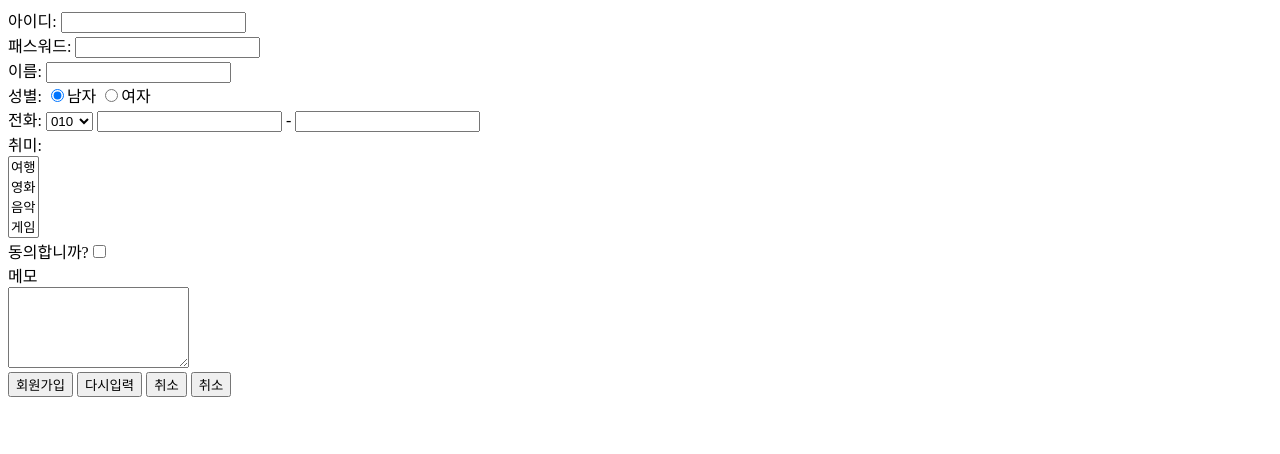
Repository: ProSleeper/itwill
Page: http://localhost/study/day1/test2.jsp
An editor plug-in stored every save of this project. The page is shown before and after a run of saves, followed by the edit.
The browser window is 1280 px wide. The pictures show the whole page.
The page is served by Tomcat 9.

Above is the page before, as saved 2022-07-18 02:37:38.

### study/WebContent/day1/test2.jsp
<%@ page language="java" contentType="text/html; charset=UTF-8"
	pageEncoding="UTF-8"%>

	<%
		String cp = request.getContextPath();

	%>
<!DOCTYPE html>
<html>
<head>
<meta charset="UTF-8">
<title>Insert title here</title>
</head>
<body>

<!-- 일반적으로 form양식은 post방식을 씀 -->
	<form action="" method="post" name="myForm">

		아이디: <input type="text" name="userId" /><br /> 패스워드: <input
			type="password" name="userPwd" /><br /> 이름: <input type="text"
			name="userName" /><br /> 성별: <input type="radio" name="gender"
			value="M" checked="checked" />남자 <input type="radio" name="gender"
			value="F" />여자<br/> 전화: <select name="tel1">
			<option value="">선택</option>
			<option value="010" selected="selected">010</option>
			<option value="070">070</option>
			<option value="011">011</option>

		</select> <input type="text" name="tel2" /> - <input type="text" name="tel3"><br />

		취미: <br/><select multiple="multiple" size="4" name="hobby">
			<option value="여행">여행</option>
			<option value="영화">영화</option>
			<option value="음악">음악</option>
			<option value="게임">게임</option>

		</select><br/>

		 동의합니까?<input type="checkbox" name="agreeChk" value="Y"><br />

		메모<br />
		<textarea rows="5" cols="20" name="memo"></textarea><br/>

		<input type="button" value="회원가입" onclick="" />
		<input type="reset" value="다시입력" onclick = "document.myForm.userId.focus();" />
		<input type="button" value="취소" onclick = "javascript:location.href = 'http://localhost:8080/study/index.jsp'"/>
		<input type="button" value="취소" onclick = "location = 'http://localhost:8080/study/index.jsp'"/>


	</form>

</body>
</html>

After the next 2 saves:
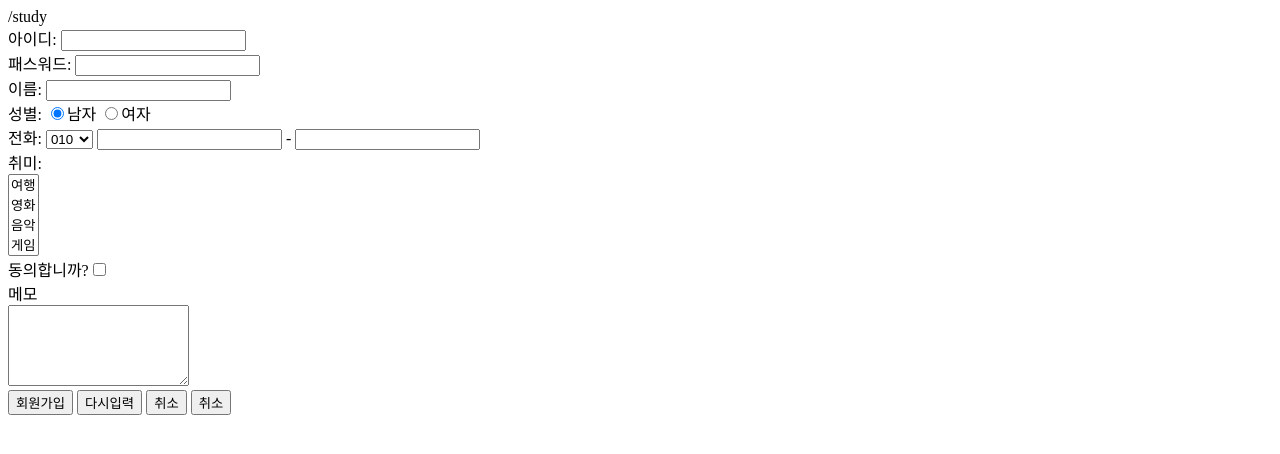
The 2 saves are shown as one change because they came seconds apart.
The last was saved 12 s later.
--- a/study/WebContent/day1/test2.jsp
+++ b/study/WebContent/day1/test2.jsp
@@ -14,6 +14,7 @@
 <body>
 
 <!-- 일반적으로 form양식은 post방식을 씀 -->
+<%=cp %>
 	<form action="" method="post" name="myForm">
 
 		아이디: <input type="text" name="userId" /><br /> 패스워드: <input

After the 2 saves that followed:
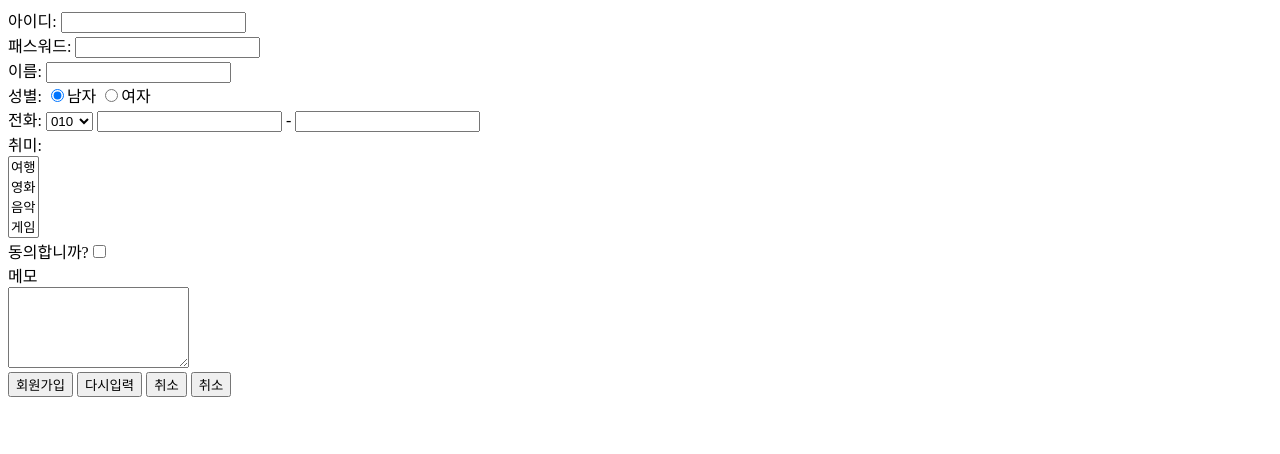
The 2 saves are shown as one change because 1 left the picture as it was.
The last was saved 79 s later.
--- a/study/WebContent/day1/test2.jsp
+++ b/study/WebContent/day1/test2.jsp
@@ -14,7 +14,6 @@
 <body>
 
 <!-- 일반적으로 form양식은 post방식을 씀 -->
-<%=cp %>
 	<form action="" method="post" name="myForm">
 
 		아이디: <input type="text" name="userId" /><br /> 패스워드: <input
@@ -45,7 +44,7 @@
 		<input type="button" value="회원가입" onclick="" />
 		<input type="reset" value="다시입력" onclick = "document.myForm.userId.focus();" />
 		<input type="button" value="취소" onclick = "javascript:location.href = 'http://localhost:8080/study/index.jsp'"/>
-		<input type="button" value="취소" onclick = "location = 'http://localhost:8080/study/index.jsp'"/>
+		<input type="button" value="취소" onclick = "location = '<%=cp %>/index.jsp'"/>
 
 
 	</form>
